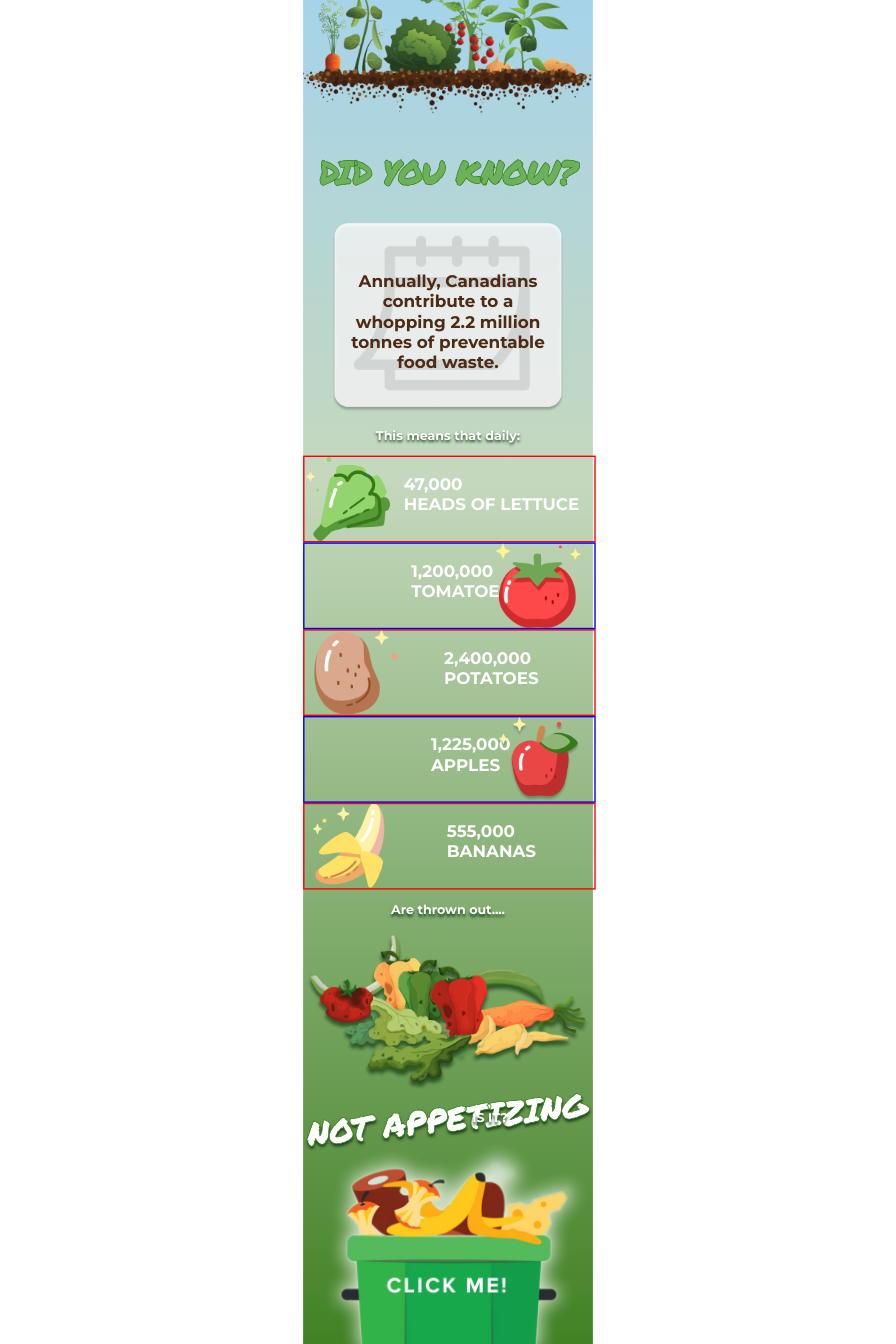
Repository: zoelake/DCDmidterm
Page: page1/index.html
The author's editor kept a copy of each file at every save. The page is drawn from the files as they stood at one save, then again after the next save.
The browser window is 1280 px wide. The pictures show the part of the page from y = 637 to 2557 px (the page is 2650 px tall), at 70% of full size.

Above is the page before, as saved 2021-03-05 20:45:12.

### page1/index.html
<!DOCTYPE html>
<html lang="en">

<head>
    <meta charset="UTF-8">
    <meta http-equiv="X-UA-Compatible" content="IE=edge">
    <meta name="viewport" content="width=device-width, initial-scale=1.0">
    <title>Midterm project</title>
    <link rel="stylesheet" href="./style.css">
    <link rel="preconnect" href="https://fonts.gstatic.com">
    <link href="https://fonts.googleapis.com/css2?family=Montserrat:wght@300&display=swap" rel="stylesheet">
    <link rel="preconnect" href="https://fonts.gstatic.com">
    <link href="https://fonts.googleapis.com/css2?family=Montserrat:wght@300;700&display=swap" rel="stylesheet">
    <link rel="preconnect" href="https://fonts.gstatic.com">
    <link href="https://fonts.googleapis.com/css2?family=Permanent+Marker&display=swap" rel="stylesheet">
</head>

<body>

    <div id="main">
        <img id="cloud" alt="cloud" src="images/cloud.png">
        <img id="graphic1"
            alt="The impact of the food supply chain on our environment & why you should go grow your own food"
            src="images/graphic1.png">
        <img id="garden" alt="veggie garden" src="images/garden.png">
        <h2 id="text-fact">DID YOU KNOW?</h2>
        <img id="calendar" alt="calendar icon" src="images/calendar.png">
        <p id="calendar-text">Annually, Canadians contribute to a whopping 2.2 million tonnes of preventable food waste.
        </p>
        <p class="list-text">This means that daily:</p>

        <div class="produce-left">
            <img class="food" src="./images/lettuce.png">
            <p class="text-left">47,000<br>HEADS OF LETTUCE</p>
        </div>

        <div class="produce-right">
            <p class="text-right">1,200,000<br>TOMATOES</p>
            <img class="food" src="./images/tomatoe.png">
        </div>

        <div class="produce-left">
            <img class="food" id="potatoe" src="./images/potatoe.png">
            <p class="text-left">2,400,000<br>POTATOES</p>
        </div>

        <div class="produce-right">
            <p class="text-right">1,225,000<br>APPLES</p>
            <img class="food" src="./images/apple.png">
        </div>

        <div class="produce-left">
            <img class="food" id="banana" src="./images/banana.png">
            <p class="text-left">555,000<br>BANANAS</p>
        </div>

        <p class="list-text">Are thrown out....</p>

        <img id="rotten-veggies" alt="rotten veggies" src="images/rotten-veggies.png">
        <h2 id="text-waste">NOT APPETIZING</h2>
        <p id="waste" class="list-text">IS IT?</p>

        <img id="basket" alt="shopping basket" src="images/basket.png">


    </div>

</body>

</html>

### page1/style.css
html, body {
  margin:0;
  /* overflow-y: hidden; */
}

body {
  display: flex;
  justify-content: center;
  align-items: center;
}

#main{
  position: relative;
  width: 414px;
  height: 2650px;
  background-image: linear-gradient(#65A9D9, #A7D4E9, #C5D8BD, #7EAA6A, #387B19);
}

img{
    width: 100%;
}

h2{
    text-align: center;
    font-size: 46px;
    left: 4px;
    font-family: 'Permanent Marker', cursive;
    -webkit-text-stroke-width: 1px;
    -webkit-text-stroke-color: #367A17;
}

#text-fact{
    color: #6BB25A;
}

#text-waste{
    color: white;
    text-shadow: 0px 4px 4px #1F471E;
    position: absolute;
    top: 2165px;
    transform: rotate(-6deg);
}

#waste{
    position: relative;
    left: 60px;
}

#calendar{
    width: 80%;
    padding: 0 10%;
}

#calendar-text{
    position: absolute;
    width: 76%;
    padding: 0 12%;
    text-align: center;
    top: 1000px;
    z-index: 2;
    color: #4F2B15;
}

p{
    color: white;
    font-family: 'Montserrat', sans-serif;
    font-weight: 900;
    font-size: 24px;
}

.list-text{
    font-size: 18px;
    text-align: center;
    text-shadow: 0px 4px 4px #1F471E;
}

.produce-left{
    display: flex;
    flex-direction: row;
    justify-content: center;
    left: 0;
    width: 100%;
    border: 2px solid red;
    /* padding-left: 10px; */
}

.produce-right{
    display: flex;
    position: relative;
    flex-direction: row;
    justify-content: flex-end;
    width: 100%;
    right: 0;
    border: 2px solid blue;
    /* padding-right: 10px; */
}

.food{
   position: relative;
   width: 120px;
   height: 120px;
   left: -20px;
}

.left-text, .right-text{
    font-size: 18px;
}

.left-text {
    position: absolute;
    left: 0;
    border: 2px solid yellow;
}

.right-text {
    position: relative;
   right: 60px;
}

#banana {
    left: -80px;
}

#potatoe {
    left: -65px;
}

After the next save:
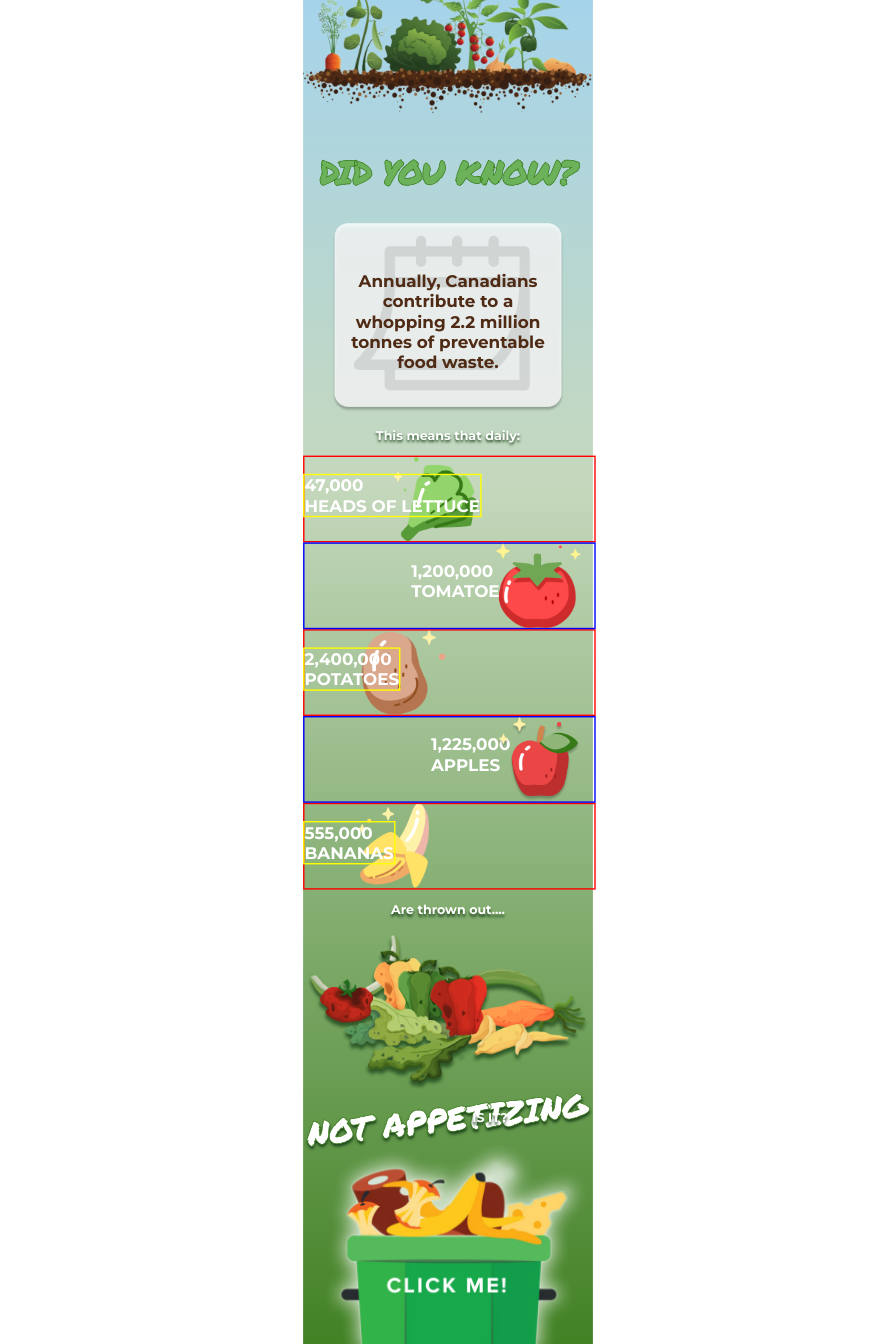
Saved 13 s later.
--- a/page1/style.css
+++ b/page1/style.css
@@ -106,7 +106,7 @@
     font-size: 18px;
 }
 
-.left-text {
+.text-left {
     position: absolute;
     left: 0;
     border: 2px solid yellow;

After the save that followed:
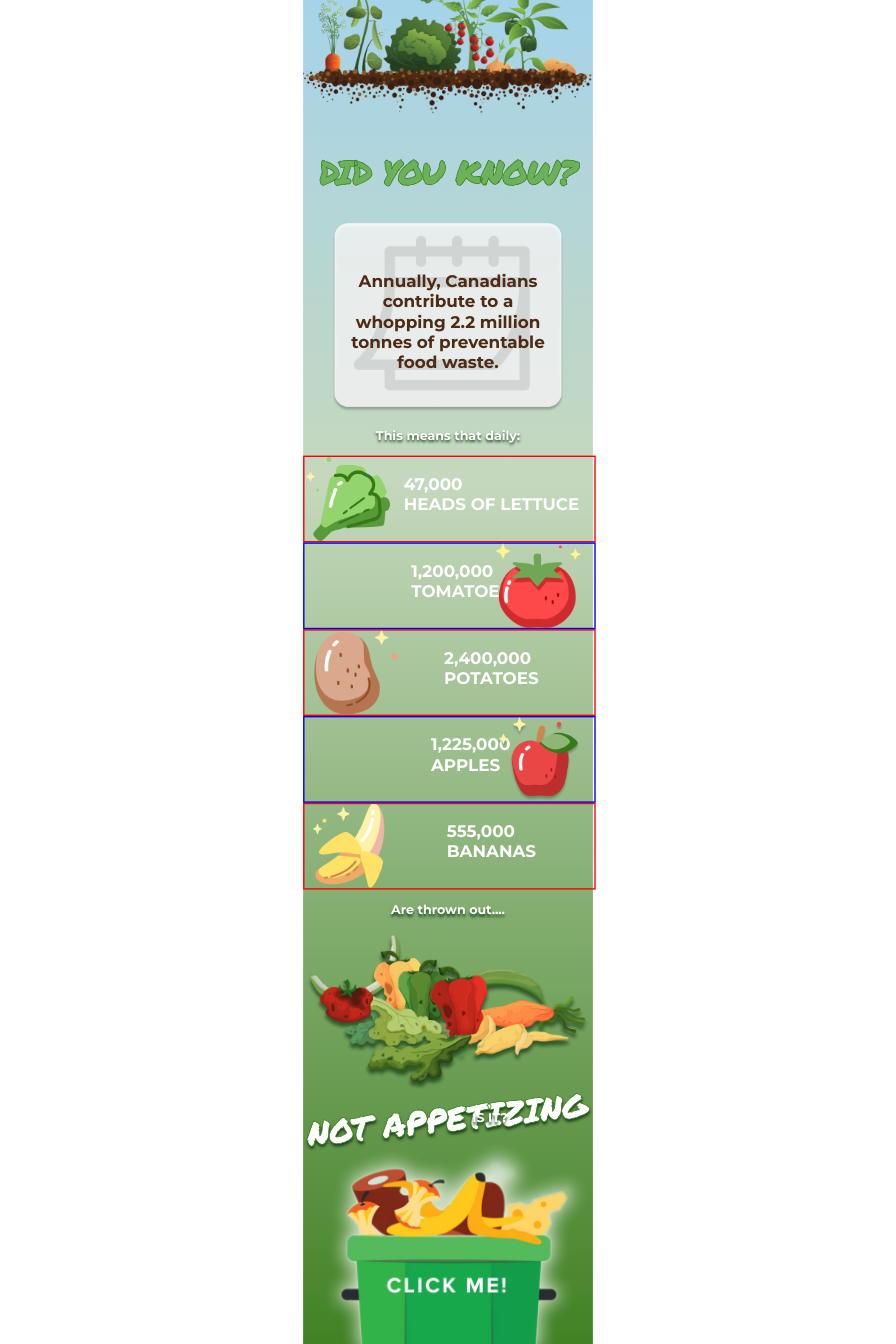
Saved 8 s later.
--- a/page1/style.css
+++ b/page1/style.css
@@ -106,7 +106,7 @@
     font-size: 18px;
 }
 
-.text-left {
+.left-text {
     position: absolute;
     left: 0;
     border: 2px solid yellow;
